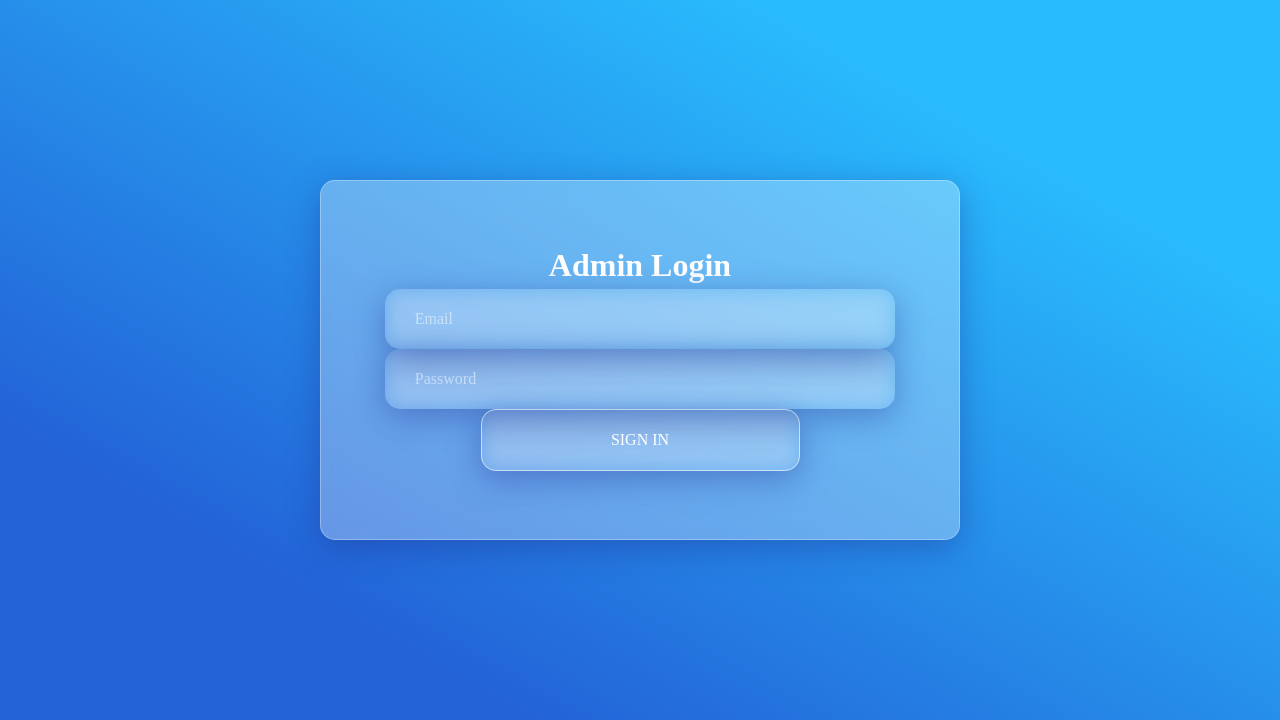
Repository: LEEYONGJUN3068/cms
Page: /login
The author's editor kept a copy of each file at every save. The page is drawn from the files as they stood at one save, then again after the next save.
The browser window is 1280 px wide. The pictures show the whole page.
The page's requests for data from a server got no answer. The project was rebuilt for these pictures with package versions that can differ from the ones it lists, and the page was loaded fresh each time. The framework's server and built-in components were replaced by stand-ins that run in the browser. No one was signed in, and anything a server would have sent is missing. Also part of the build but not shown: next.config.mjs.

Above is the page before, as saved 2025-09-23 14:59:46.

After the next save:
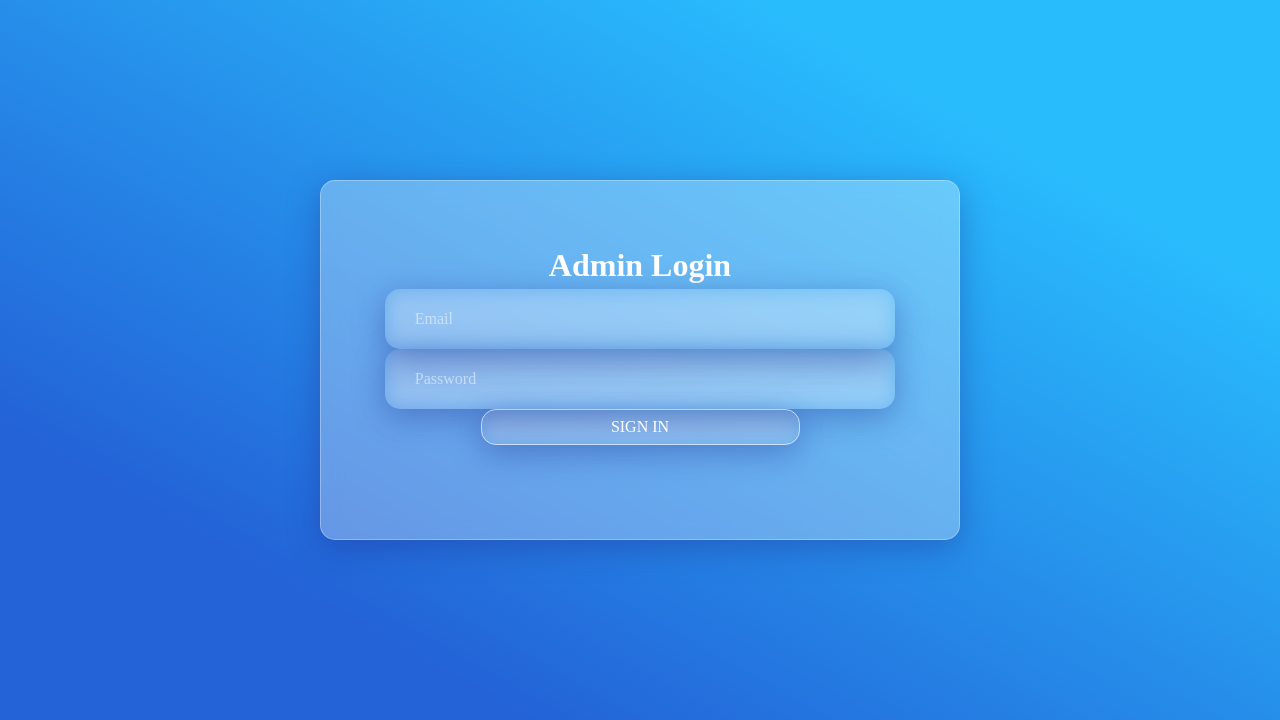
Saved 13 s later.
--- a/src/app/login/login.module.scss
+++ b/src/app/login/login.module.scss
@@ -62,7 +62,6 @@
             border: 1px solid rgba(255, 255, 255, 0.6);
             box-shadow: 0 8px 32px 0 rgba(31, 38, 135, 0.37);
             border-radius: 15px;
-            padding: 30px;
             font-weight: 500;
             color: white;
 
